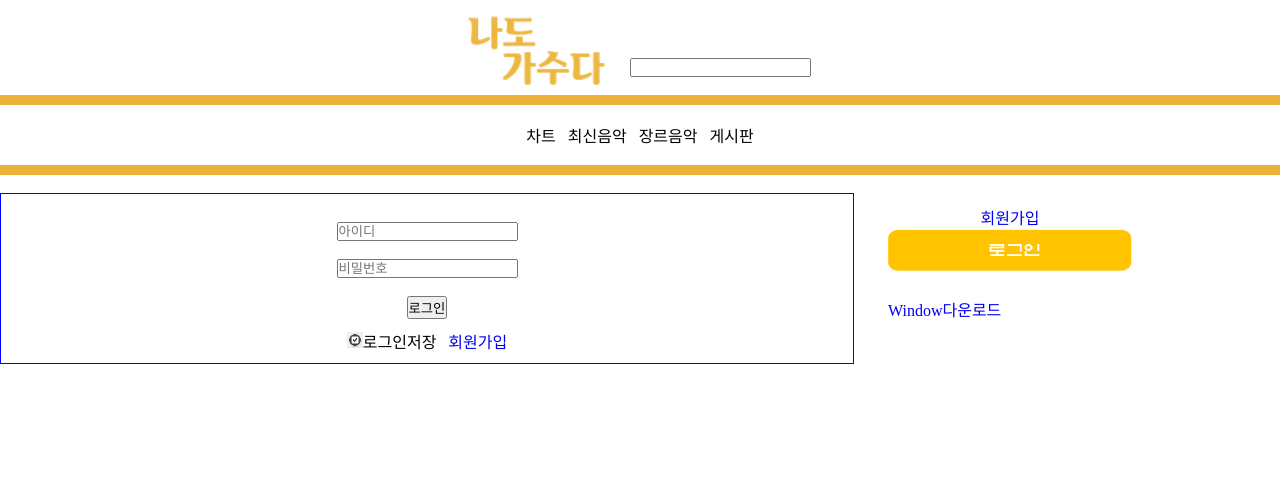
Repository: Ea-Bell/GraduationPortfolio
Page: http://localhost/WebTest/webTest/View/test/test.jsp
An editor plug-in stored every save of this project. The page is shown before and after the next save, followed by the edit.
The browser window is 1280 px wide. The pictures show the whole page.
The page is served by Tomcat 9. Nobody is signed in. The application's start-up code is not run.

Above is the page before, as saved 2020-09-16 10:00:42.

After the next save:
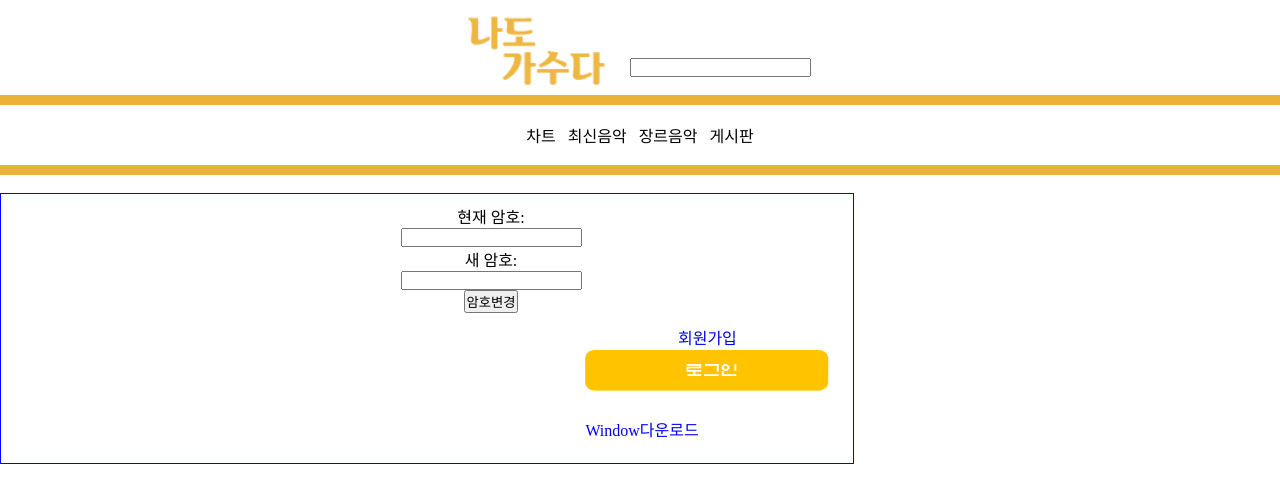
Saved 101 s later.
--- a/WEB_Server/WebTest/WebContent/webTest/View/test/test.jsp
+++ b/WEB_Server/WebTest/WebContent/webTest/View/test/test.jsp
@@ -57,37 +57,29 @@
 	<!-- 콘텐츠 -->
 
 	<div id="content"  style="border:1px solid blue; padding:10px; width: 65%;  float: left;" >
+	<!-- 콘텐츠 -->
+	<div id="content" align="center" style="background-color: #ffffff; ">
+		<section id="main_section">
+			<article class="main_article"></article>
+		</section>
+		<!-- 메인 섹션 건들지 말것. -->
 
-<div align="center">
-			<form action="/LoginHandler" method="post">
-				<br>
-
-				<div>
-					<input type="text" id="id" name="id" placeholder="아이디">
-				</div>
-
-				<div>
-					<c:if test="${param.id =='idIsEmpty'}">아이디를 입력하시오</c:if>
-				</div>
-				<br>
-				<div>
-					<input type="password" id="password" name="password"
-						placeholder="비밀번호" />
-				</div>
-
-				<div>
-					<c:if test="${param.pwd =='pwdIsEmpty'}">비밀번호를 입력하시오.</c:if>
-					<c:if test="${param.pwd =='pwdIsNotMatch'}">비밀번호가 다릅니다.</c:if>
-				</div>
-				<br> <input type="submit" id="subLogin" value="로그인" /> <br />
-				<div align="center" style="height: 10px; width: 100%;"></div>
-				<span> <img src="../../img/login/check1.jpg" id="checkId" name="checkId" onclick="damaY()">로그인저장
-				 &nbsp; <a href="signUp.jsp">회원가입</a>
-
-				</span>
-				<p></p>
-			</form>
+	<form action="/ChangePasswordHandler" method="post">
+		<div>
+			현재 암호: <br />
+			<input type="password" name="curPwd">
+			<c:if test="${param.pwd=='currentPwd' }">현재 암호를 입력하세요 </c:if>
+			<c:if test="${param.pwd=='badCurPwd'}">현재 암호가 일치하지 않습니다</c:if>
 		</div>
+		<div>
+			새 암호:<br />
+			<input type="password" name="newPwd">
+			<c:if test="${param.pwd=='newPwd'}">새 암호를 입력하세요.</c:if>
+		</div>
+		<div>
+			<input type="submit" value="암호변경">
+		</div>
+	</form>
 	</div>
 
 

After the save that followed:
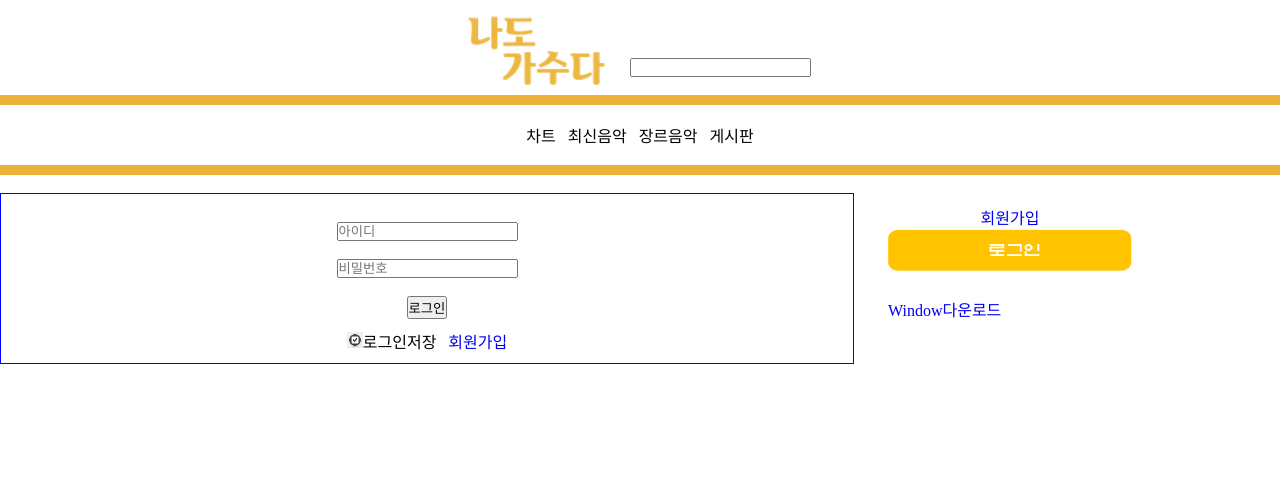
Saved 5 s later.
--- a/WEB_Server/WebTest/WebContent/webTest/View/test/test.jsp
+++ b/WEB_Server/WebTest/WebContent/webTest/View/test/test.jsp
@@ -57,29 +57,37 @@
 	<!-- 콘텐츠 -->
 
 	<div id="content"  style="border:1px solid blue; padding:10px; width: 65%;  float: left;" >
-	<!-- 콘텐츠 -->
-	<div id="content" align="center" style="background-color: #ffffff; ">
-		<section id="main_section">
-			<article class="main_article"></article>
-		</section>
-		<!-- 메인 섹션 건들지 말것. -->
 
-	<form action="/ChangePasswordHandler" method="post">
-		<div>
-			현재 암호: <br />
-			<input type="password" name="curPwd">
-			<c:if test="${param.pwd=='currentPwd' }">현재 암호를 입력하세요 </c:if>
-			<c:if test="${param.pwd=='badCurPwd'}">현재 암호가 일치하지 않습니다</c:if>
+<div align="center">
+			<form action="/LoginHandler" method="post">
+				<br>
+
+				<div>
+					<input type="text" id="id" name="id" placeholder="아이디">
+				</div>
+
+				<div>
+					<c:if test="${param.id =='idIsEmpty'}">아이디를 입력하시오</c:if>
+				</div>
+				<br>
+				<div>
+					<input type="password" id="password" name="password"
+						placeholder="비밀번호" />
+				</div>
+
+				<div>
+					<c:if test="${param.pwd =='pwdIsEmpty'}">비밀번호를 입력하시오.</c:if>
+					<c:if test="${param.pwd =='pwdIsNotMatch'}">비밀번호가 다릅니다.</c:if>
+				</div>
+				<br> <input type="submit" id="subLogin" value="로그인" /> <br />
+				<div align="center" style="height: 10px; width: 100%;"></div>
+				<span> <img src="../../img/login/check1.jpg" id="checkId" name="checkId" onclick="damaY()">로그인저장
+				 &nbsp; <a href="signUp.jsp">회원가입</a>
+
+				</span>
+				<p></p>
+			</form>
 		</div>
-		<div>
-			새 암호:<br />
-			<input type="password" name="newPwd">
-			<c:if test="${param.pwd=='newPwd'}">새 암호를 입력하세요.</c:if>
-		</div>
-		<div>
-			<input type="submit" value="암호변경">
-		</div>
-	</form>
 	</div>
 
 
